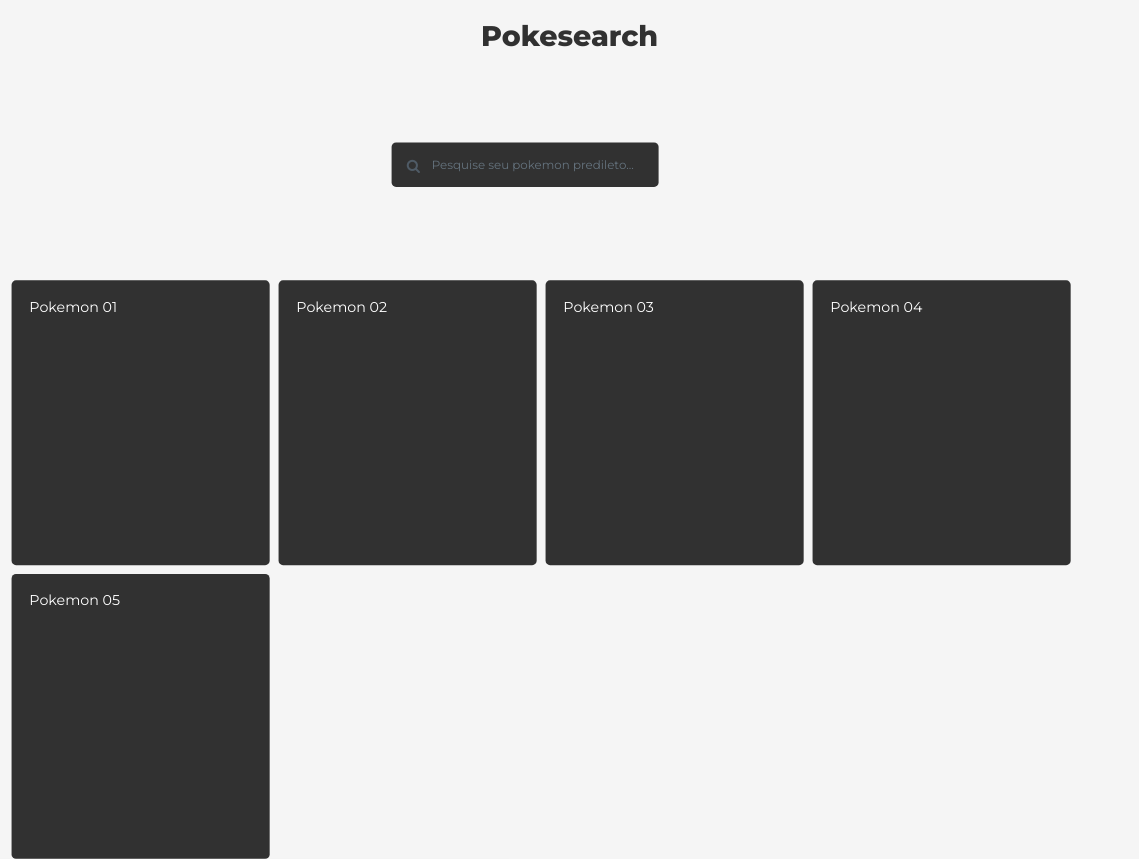
Repository: byjuliogomes/pokebyte
Page: index.html
An editor plug-in stored every save of this project. The page is shown before and after the next save, followed by the edit.
The browser window is 1280 px wide. The pictures show the whole page, at 89% of full size.
Some web libraries are served in a nearby version.

Above is the page before, as saved 2020-06-04 11:10:05.

After the next save:
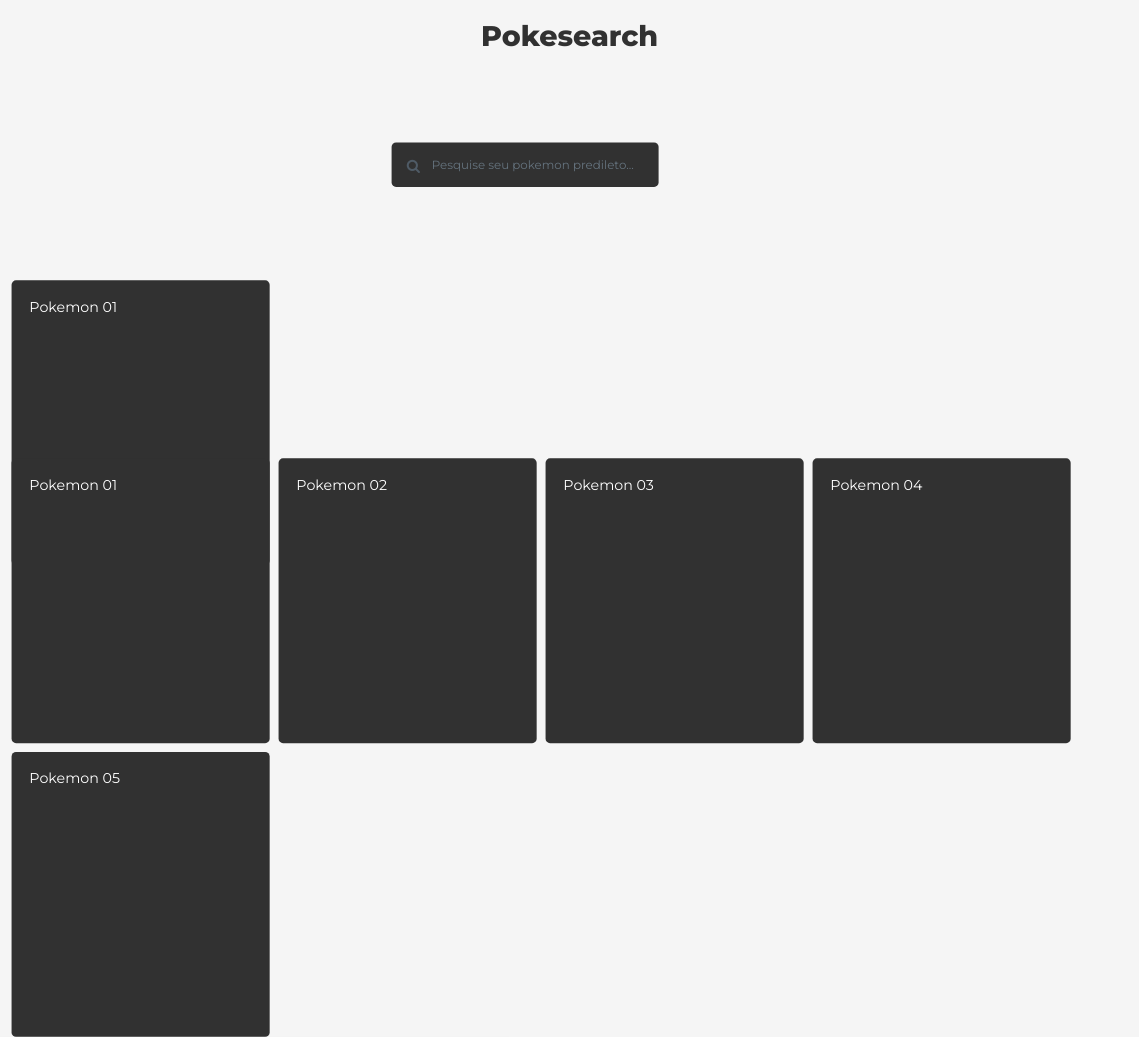
Saved 7 h 14 min later.
--- a/index.html
+++ b/index.html
@@ -16,6 +16,14 @@
             <input type="search" id="search" placeholder="Pesquise seu pokemon predileto..." />
         </div>
       </div>
+
+      <section class="container">
+        <article class="item article-01">
+            Pokemon 01
+        </article>
+      </section>
+
+
     <section class="container">
         <article class="item article-01">
             Pokemon 01
